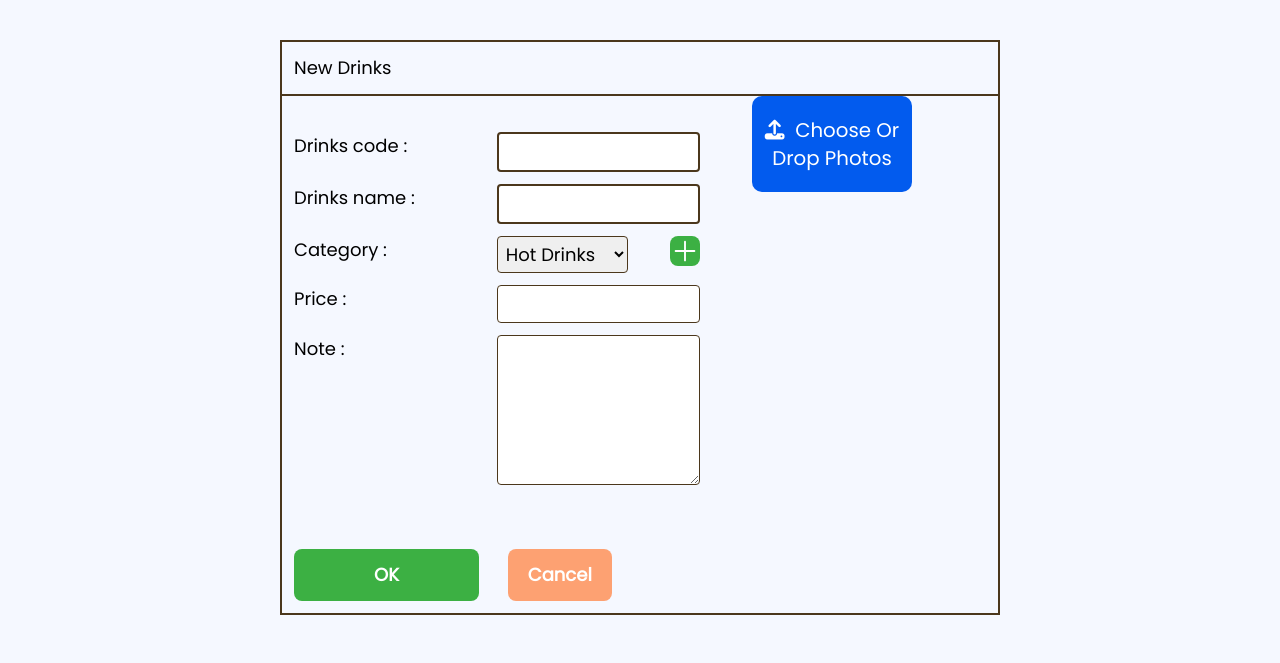
Repository: Dapravith/Midterm-SE-GIC-Cafe-Project-Group16
Page: src/main/resources/templates/addDrink.html
These files come from the project's save history. The page is drawn as it stood at one moment and after the next save; the edit follows.
The browser window is 1280 px wide. The pictures show the whole page.
Some web libraries are served in a nearby version.

Above is the page before, as saved 2023-05-16 22:50:43.

### src/main/resources/templates/addDrink.html
<!DOCTYPE html>
<html lang="en">

<head>
    <meta charset="UTF-8">
    <meta http-equiv="X-UA-Compatible" content="IE=edge">
    <meta name="viewport" content="width=device-width, initial-scale=1.0">
    <title>Add New Drink</title>
    <script src="https://cdn.tailwindcss.com"></script>
    <!-- Font Awesome Icons -->
    <link rel="stylesheet" href="https://cdnjs.cloudflare.com/ajax/libs/font-awesome/6.2.0/css/all.min.css" />
    <!-- Google Font -->
    <link href="https://fonts.googleapis.com/css2?family=Poppins&display=swap" rel="stylesheet" />
    <style>
        * {
            padding: 0;
            margin: 0;
            box-sizing: border-box;
            font-family: "Poppins", sans-serif;
        }

        body {
            background-color: #f5f8ff;
            justify-content: right;
        }

        button:hover {
            box-shadow: 0 13px 18px 0 rgba(151, 208, 27, 0.24), 0 19px 50px 0 rgba(238, 227, 21, 0.19);
        }

        .images {
            width: 30%;
            position: absolute;
            transform: translateX(-50%, 50%);
            left: 50%;
            right: 50%;
            border-radius: 1.5em;
        }

        input[type="file"] {
            display: none;
        }

        .upload-images {
            display: block;
            position: relative;
            background-color: #025bee;
            color: #ffffff;
            font-size: 1.1em;
            text-align: center;
            align-items: right;
            justify-content: right;
            width: 10rem;
            padding: 1em 0;
            border-radius: 0.5em;
            margin: 0 auto 1em auto;
            cursor: pointer;
        }

        #image-display {
            position: relative;
            width: 5%;
            margin: 0 auto;
            display: flex;
            justify-content: space-evenly;
            gap: 1.5em;
            flex-wrap: wrap;
        }

        #image-display figure {
            width: 10%;
        }

        #image-display img {
            width: 2em;
        }

        #image-display figcaption {
            font-size: 0.5em;
            text-align: center;
            color: #5a5861;
        }

        .active {
            border: 0.2em dashed #025bee;
        }

        #error {
            text-align: center;
            color: #ff3030;
        }
    </style>
</head>

<body class="m-10 text-lg">
    <!-- Crud PRODUCTS -->
    <div class="new_drink w-[60%] h-fit m-auto  border-[2px] border-solid border-[#4B371C] ">
        <div class="head p-3">
            <h2>New Drinks</h2>
        </div>
        <div class="w-[100%] border-[1px] border-solid border-[#4B371C]"></div>
        <div class="flex">
            <div class="add_drink w-[60%]">
                <div class="py-3 ">
                    <form action="#" class="p-3 ">
                        <div class="mt-3 grid grid-cols-2">
                            <label class="mr-5" for="dcode">Drinks code :</label>
                            <input type="text" id="dcode" name="" class="p-1 border-[2px] border-solid border-[#4B371C] rounded" placeholder="">
                        </div>
                        <div class="mt-3 grid grid-cols-2">
                            <label class="mr-5" for="dname">Drinks name :</label>
                            <input type="text" id="dname" name="" class="p-1 border-[2px] border-solid border-[#4B371C] rounded" placeholder="">
                        </div>
                        <div class="mt-3 grid grid-cols-2">
                            <label class="mr-5" for="category">Category :</label>
                            <div class="flex justify-between">
                                <select type="add-item" id="category" name="" class="p-1 border-[1px] border-solid border-[#4B371C] rounded" placeholder="">
                                    <option value="1">Hot Drinks</option >
                                    <option value="2" >Cool Drinks</option >
                                    <option value="3" >Frappe</option >
                                    <option value="4" >Food</option >
                                </select>
                                <button id="add_category" class=" w-fit h-fit bg-[#3CB043] text-center text-white font-bold cursor-pointer duration-100 rounded-lg">
                                    <svg xmlns="http://www.w3.org/2000/svg" fill="none" viewBox="0 0 24 24" stroke-width="1.5" stroke="currentColor" class="w-[30px] h-[30px] " onclick="showPopup()">
                                        <path stroke-linecap="round" stroke-linejoin="round" d="M12 4.5v15m7.5-7.5h-15" />
                                    </svg>
                                </button>

                            </div>

                        </div>

                        <div class="mt-3 grid grid-cols-2">
                            <label class="mr-5" for="price">Price :</label>
                            <input name="" min="0" type="number" id="price" class="p-1 border-[1px] border-solid border-[#4B371C] rounded" placeholder="">
                        </div>
                        <div class="mt-3 grid grid-cols-2">
                            <label class="mr-5" for="note">Note :</label>
                            <textarea id="note" cols="50" rows="5" name="" class="p-1 w-full border-[1px] border-solid border-[#4B371C] rounded resize-x"> </textarea>
                        </div>
                    </form>
                </div>
                <br />
                <div>
                    <button class=" py-3 bg-[#3CB043] text-center text-white font-bold px-20 m-3 inline-block cursor-pointer duration-100 rounded-lg">OK</button>
                    <button class=" py-3 px-5 bg-[#FDA172] text-center text-white  font-bold p-3 m-3 inline-block cursor-pointer duration-100 rounded-lg">Cancel</button>
                </div>
            </div>
            <div class="images">
                <input type="file" id="upload-button" multiple accept="image/*" />
                <label class="upload-images" for="upload-button"><i class="fa-solid fa-upload"></i>&nbsp; Choose Or Drop Photos
                </label>
                <div id="error"></div>
                <div id="image-display"></div>
            </div>
        </div>
    </div>
    </div>
    <!-- ADD NEW CATEGORY -->
    <div class="popup w-[100vw] h-[100vh] absolute top-[0] left-[0] bg-[#f1f1f199] hidden z-[100]">
        <main class="w-[20rem] absolute top-[50%] left-[50%] translate-x-[-50%] translate-y-[-50%]">
            <div class="none w-full h-fit m-auto  border-[2px] border-solid border-[#4B371C]">
                <div class="head p-3">
                    <h2>New Category</h2>
                </div>
                <div class="w-[100%] border-[1px] border-solid border-[#4B371C]"></div>
                <div class=" ">
                    <form action="#" class="add_category p-3">
                        <div class="mt-3 grid grid-cols-2">
                            <label for="gcode">Category code :</label>
                            <input type="text" id="dcode" name="" class="category_code border-[1px] border-solid border-[#4B371C] rounded" placeholder="" required>
                        </div>
                        <div class="mt-3 grid grid-cols-2">
                            <label for="gname">Category name :</label>
                            <input type="text" id="gname" name="" class="category_name border-[1px] border-solid border-[#4B371C] rounded" placeholder="" required>
                        </div>
                        <br />
                        <div class="flex">
                            <input id="okay" type="submit" value="OK" class=" py-3 bg-[#3CB043] text-center font-bold text-white px-16 in m-3 p-3 line-block cursor-pointer duration-100 rounded-lg">
                            <button class="cancel py-3 px-5 bg-[#FDA172] text-center font-bold text-white p-3 m-3 inline-block cursor-pointer duration-100 rounded-lg">Cancel</button>
                        </div>
                    </form>
                </div>
            </div>
        </main>

    </div>
    <script>
        const addNewCat = document.getElementById("add_category");
        const popup = document.querySelector(".popup");
        const form_add_category = document.querySelector(".add_category ");

        addNewCat.addEventListener("click", showPopup);

        function showPopup() {
            popup.classList.remove('hidden')
        }

        form_add_category.addEventListener("submit", () => {
            clear()
            popup.classList.add('hidden')
        });

        document.querySelector('.cancel').addEventListener('click', () => {
            clear()
            popup.classList.add('hidden')
        })

        popup.addEventListener('click', (e) => {
            const target = e.target;

            if (target.classList.contains('popup')) {
                popup.classList.add('hidden')
            }
        })

        const clear = () => {
            document.querySelector('.category_name').value = ""
            document.querySelector('.category_code').value = ""
        }

        let uploadButton = document.getElementById("upload-button");
        let chosenImage = document.getElementById("chosen-image");
        let fileName = document.getElementById("file-name");
        let container = document.querySelector(".images");
        let error = document.getElementById("error");
        let imageDisplay = document.getElementById("image-display");

        const fileHandler = (file, name, type) => {
            if (type.split("/")[0] !== "image") {
                //File Type Error
                error.innerText = "Please upload an image file";
                return false;
            }
            error.innerText = "";
            let reader = new FileReader();
            reader.readAsDataURL(file);
            reader.onloadend = () => {
                //image and file name
                let imageContainer = document.createElement("figure");
                let img = document.createElement("img");
                img.src = reader.result;
                imageContainer.appendChild(img);
                imageContainer.innerHTML += `<figcaption>${name}</figcaption>`;
                imageDisplay.appendChild(imageContainer);
            };
        };

        //Upload Button
        uploadButton.addEventListener("change", () => {
            imageDisplay.innerHTML = "";
            Array.from(uploadButton.files).forEach((file) => {
                fileHandler(file, file.name, file.type);
            });
        });

        container.addEventListener(
            "dragenter",
            (e) => {
                e.preventDefault();
                e.stopPropagation();
                container.classList.add("active");
            },
            false
        );

        container.addEventListener(
            "dragleave",
            (e) => {
                e.preventDefault();
                e.stopPropagation();
                container.classList.remove("active");
            },
            false
        );

        container.addEventListener(
            "dragover",
            (e) => {
                e.preventDefault();
                e.stopPropagation();
                container.classList.add("active");
            },
            false
        );

        container.addEventListener(
            "drop",
            (e) => {
                e.preventDefault();
                e.stopPropagation();
                container.classList.remove("active");
                let draggedData = e.dataTransfer;
                let files = draggedData.files;
                imageDisplay.innerHTML = "";
                Array.from(files).forEach((file) => {
                    fileHandler(file, file.name, file.type);
                });
            },
            false
        );

        window.onload = () => {
            error.innerText = "";
        };
    </script>
</body>

</html>

After the next save:
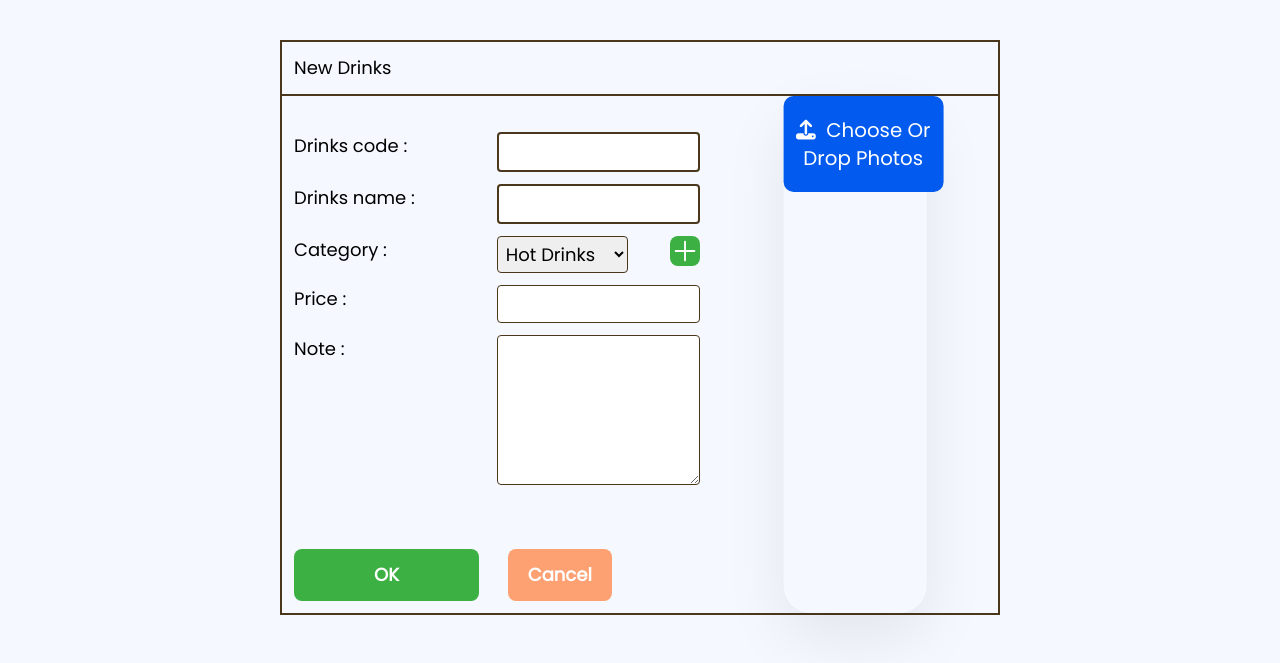
Saved 36 s later.
--- a/src/main/resources/templates/addDrink.html
+++ b/src/main/resources/templates/addDrink.html
@@ -29,11 +29,12 @@
         }
 
         .images {
-            width: 30%;
-            position: absolute;
-            transform: translateX(-50%, 50%);
+            width: 20%;
+            position: static;
+            transform: translate(50%);
             left: 50%;
             right: 50%;
+            box-shadow: 0 1.35em 3.50em rgba(0, 0, 0, 0.08);
             border-radius: 1.5em;
         }
 
